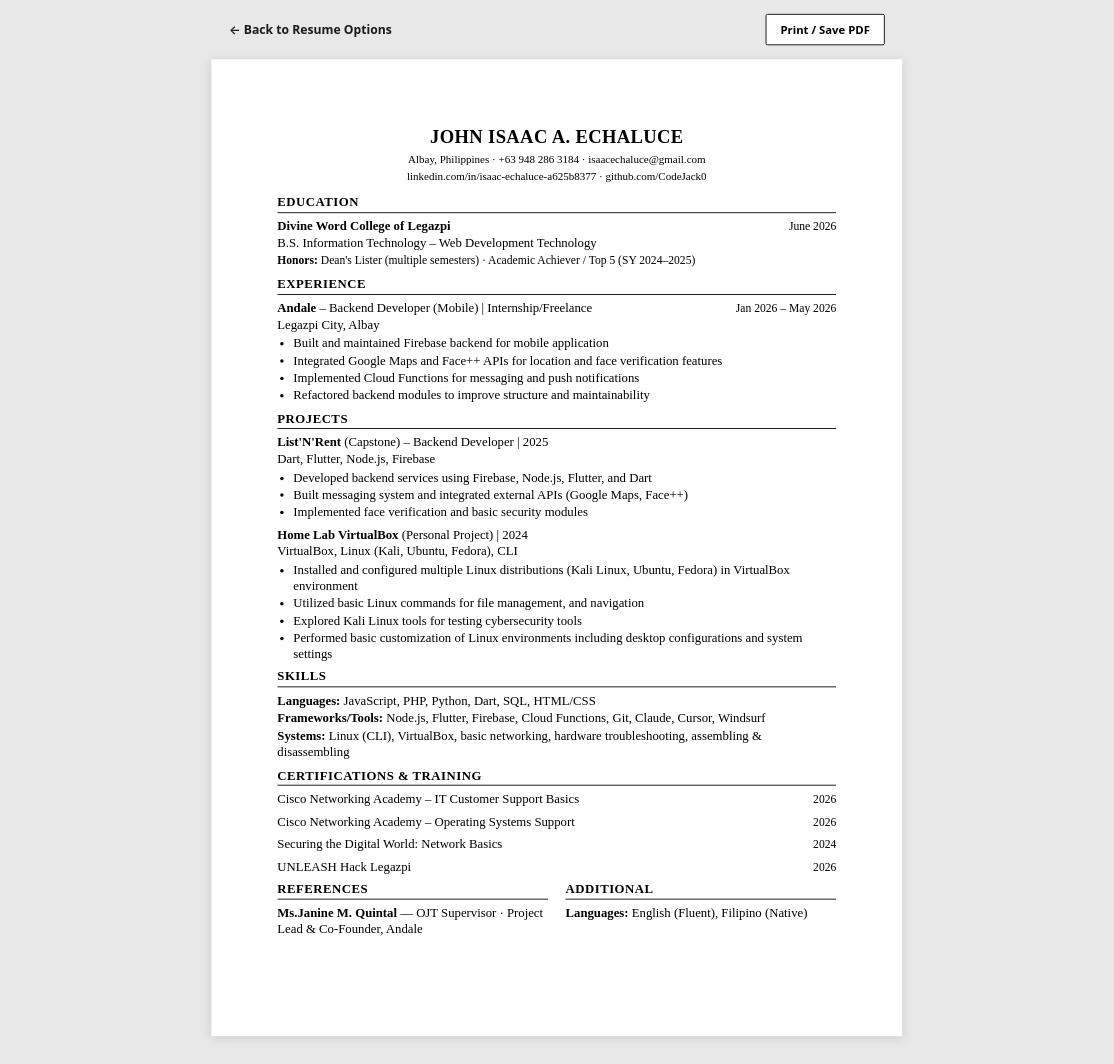
Repository: CodeJack0/Professional_Portfolio
Page: pages/resume.html
These files come from the project's save history. The page is drawn as it stood at one moment and after the next save; the edit follows.
The browser window is 1280 px wide. The pictures show the whole page, at 87% of full size.

Above is the page before, as saved 2026-05-30 14:00:03.

After the next save:
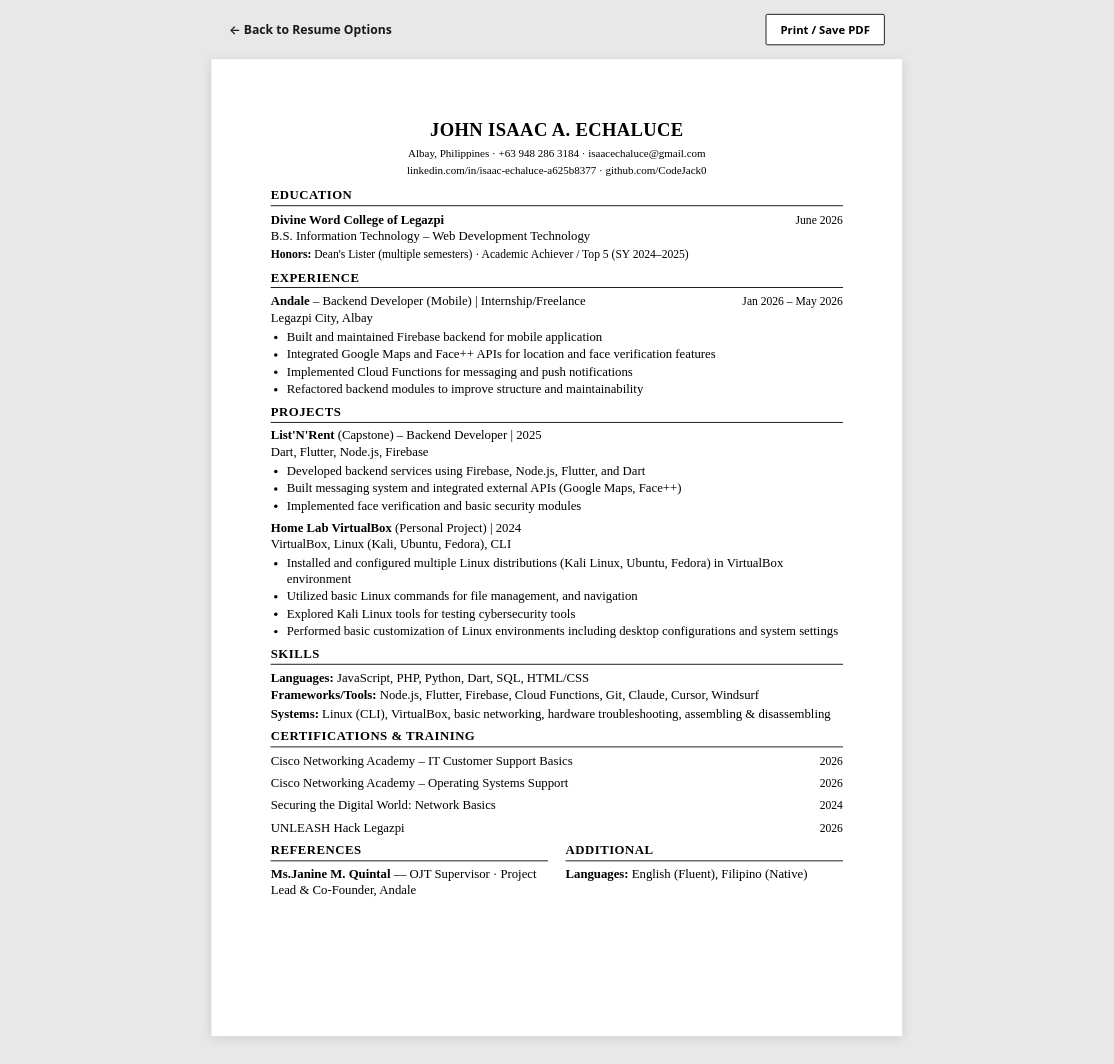
Saved 22 s later.
--- a/css/resume.css
+++ b/css/resume.css
@@ -3,7 +3,7 @@
 :root {
   --resume-page-width: 210mm;
   --resume-page-height: 297mm;
-  --resume-page-margin: 20mm;
+  --resume-page-margin: 18mm;
 }
 
 *,
